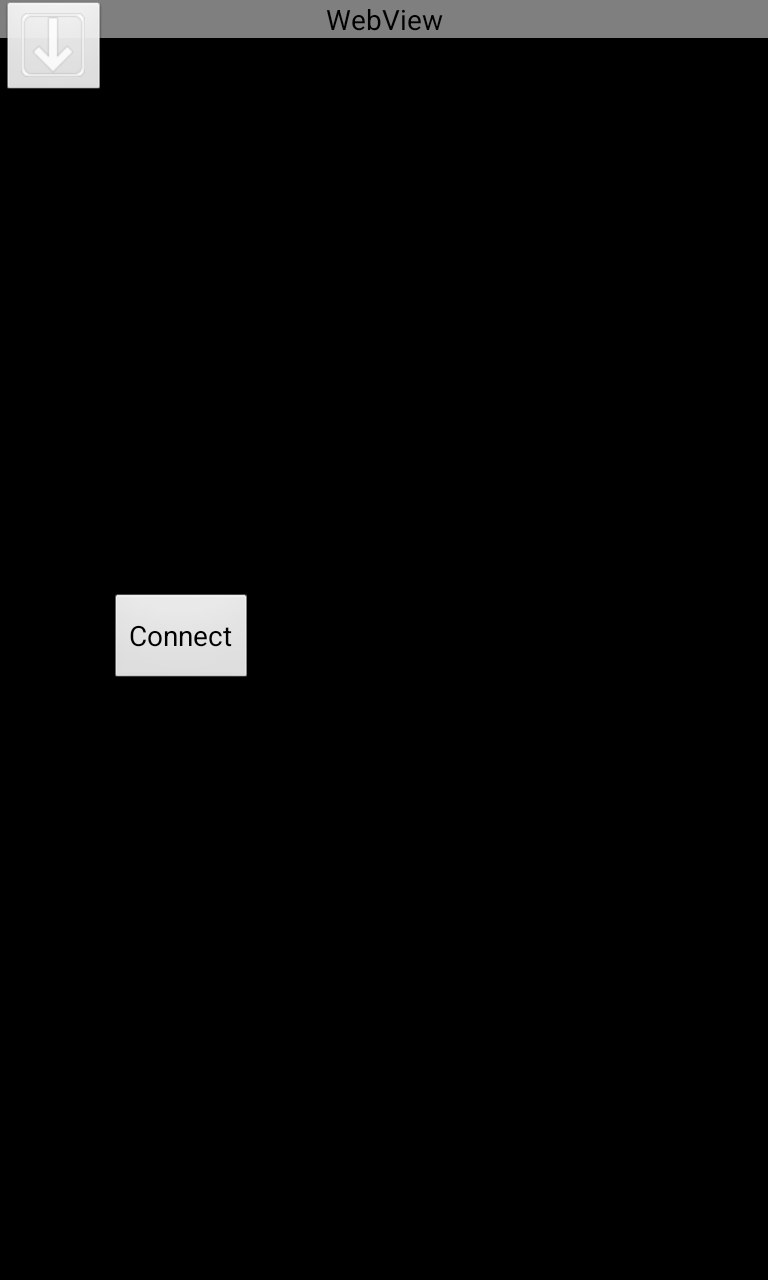
Repository: sstopkin/my-car-pc
Layout: RobotRules/res/layout/viewlay.xml
These files come from the project's save history. The layout is drawn as it stood at one moment and after the next save; the edit follows.
Pictures or frames that could not be fetched are drawn as grey boxes. It is drawn on a 768 x 1280 px phone screen (xhdpi) without system bars, with theme android:Theme.NoTitleBar.Fullscreen; the app's code is not run.

Above is the layout before, as saved 2012-02-18 11:12:41.

### RobotRules/res/layout/viewlay.xml
<?xml version="1.0" encoding="utf-8"?>
<AbsoluteLayout xmlns:android="http://schemas.android.com/apk/res/android"
    android:layout_width="match_parent"
    android:layout_height="match_parent" >

    <RelativeLayout
        android:layout_width="fill_parent"
        android:layout_height="wrap_content" >

        <WebView
            android:id="@+id/webView1"
            android:layout_width="fill_parent"
            android:layout_height="wrap_content" />

        <LinearLayout
            android:layout_width="fill_parent"
            android:layout_height="fill_parent" >

            <ImageButton
                android:id="@+id/ButtonDown1"
                android:layout_width="wrap_content"
                android:layout_height="wrap_content"
                android:src="@drawable/robotrulesdown48" />

            <Button
                android:id="@+id/button1"
                android:layout_width="wrap_content"
                android:layout_height="wrap_content"
                android:layout_gravity="center"
                android:text="Connect" />
        </LinearLayout>
    </RelativeLayout>

</AbsoluteLayout>

After the next save:
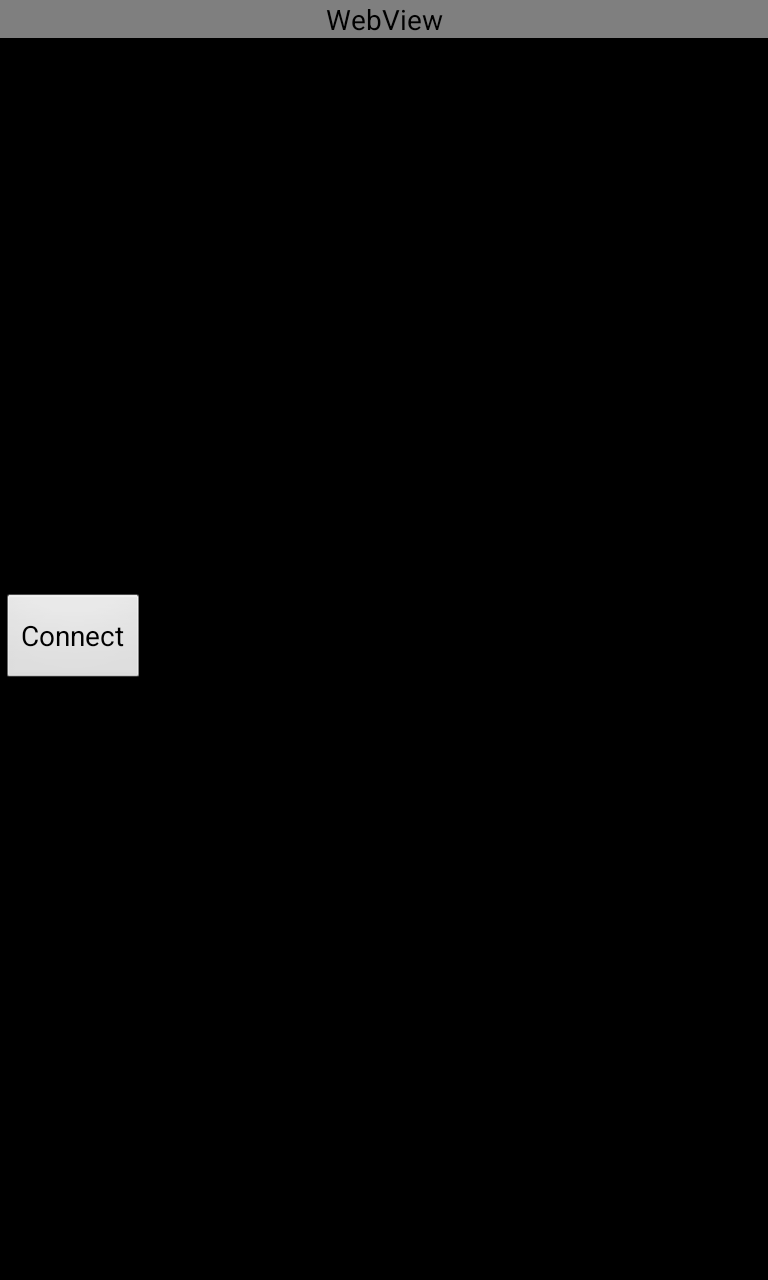
Saved 3 min 1 s later.
--- a/RobotRules/res/layout/viewlay.xml
+++ b/RobotRules/res/layout/viewlay.xml
@@ -15,13 +15,6 @@
         <LinearLayout
             android:layout_width="fill_parent"
             android:layout_height="fill_parent" >
-
-            <ImageButton
-                android:id="@+id/ButtonDown1"
-                android:layout_width="wrap_content"
-                android:layout_height="wrap_content"
-                android:src="@drawable/robotrulesdown48" />
-
             <Button
                 android:id="@+id/button1"
                 android:layout_width="wrap_content"
